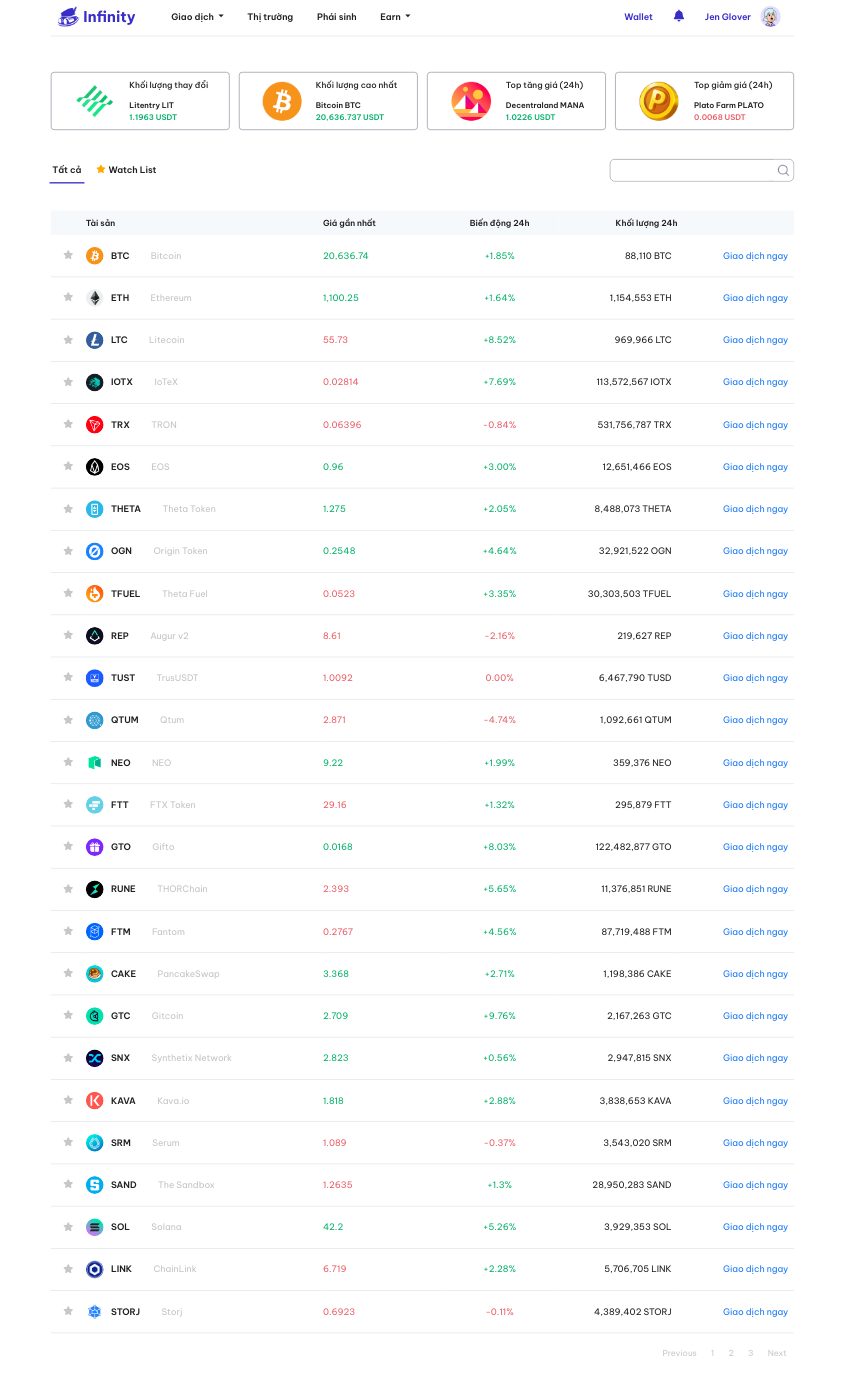
Repository: 1509Long/1509long.github.io
Page: techmaster-test/homepage.html
The author's editor kept a copy of each file at every save. The page is drawn from the files as they stood at one save, then again after the next save.
The browser window is 1280 px wide. The pictures show the whole page, at 66% of full size.

Above is the page before, as saved 2022-07-26 17:56:44.

After the next save:
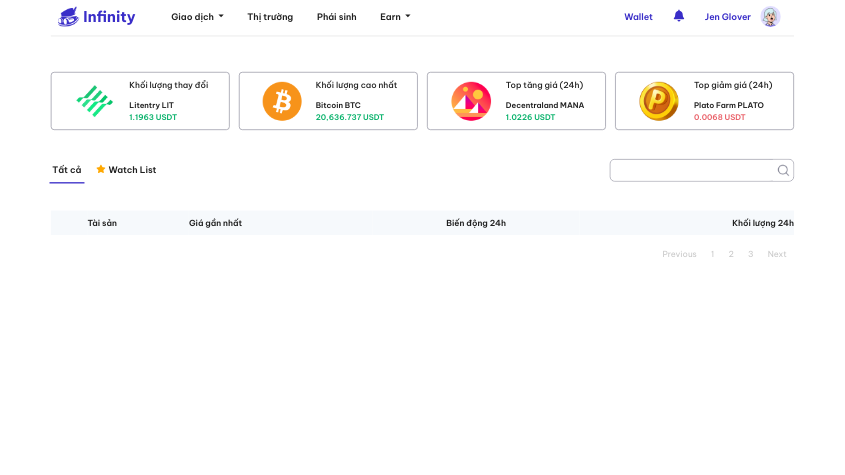
Console error: SyntaxError: Unexpected token '{'
Saved 87 s later.
--- a/techmaster-test/homepage.html
+++ b/techmaster-test/homepage.html
@@ -508,6 +508,13 @@
       }
 
       fillColorForPrice();
+
+      clinkMe () {
+        let abc = document.querySelector("watch-list");
+        abc.classList.toggle("yellow");
+
+        console.log(this)
+      }
     </script>
   </body>
 </html>

After the save that followed:
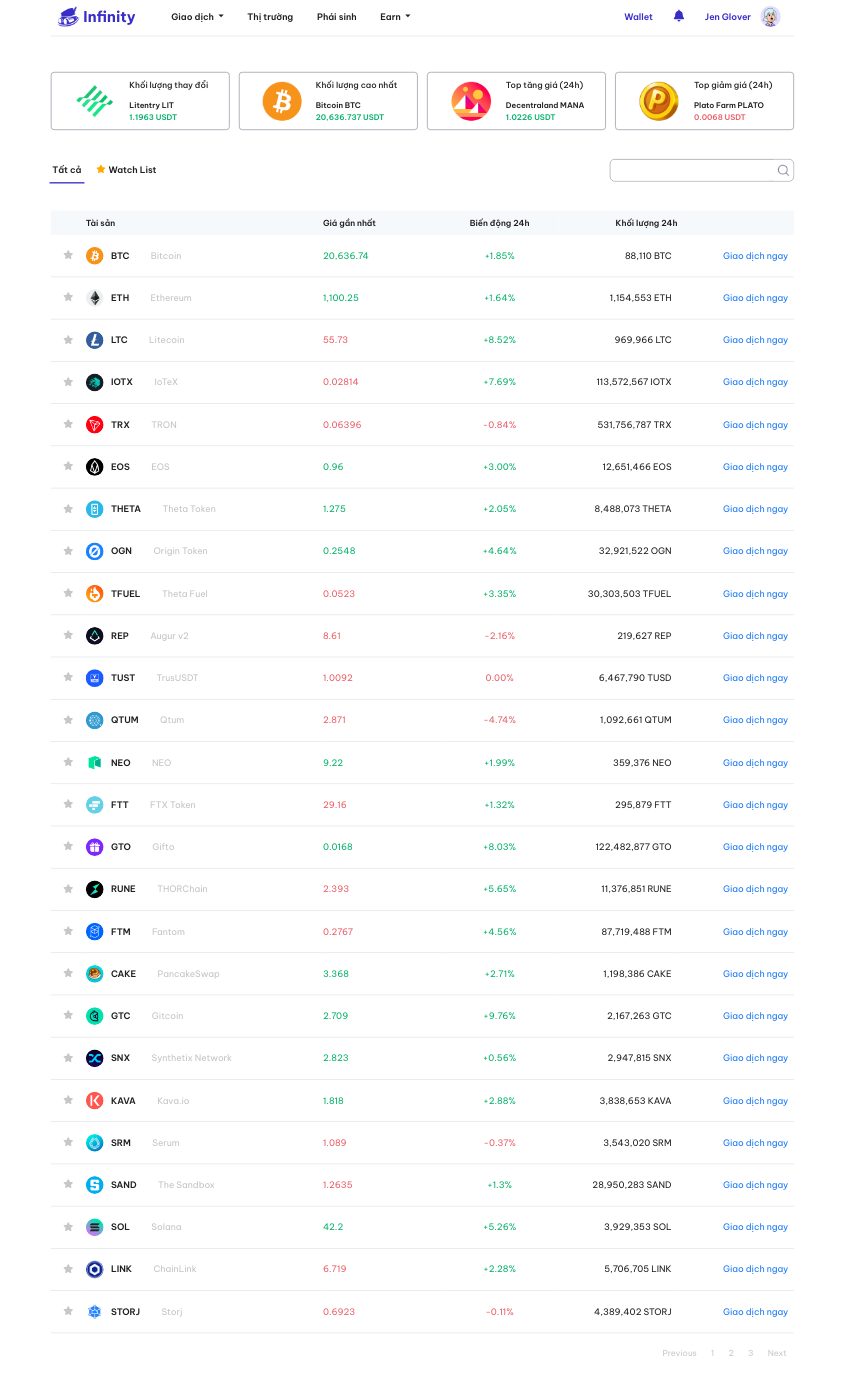
The error is gone.
Saved 44 s later.
--- a/techmaster-test/homepage.html
+++ b/techmaster-test/homepage.html
@@ -509,11 +509,11 @@
 
       fillColorForPrice();
 
-      clinkMe () {
+      function clinkMe () {
         let abc = document.querySelector("watch-list");
         abc.classList.toggle("yellow");
 
-        console.log(this)
+        console.log(this);
       }
     </script>
   </body>
